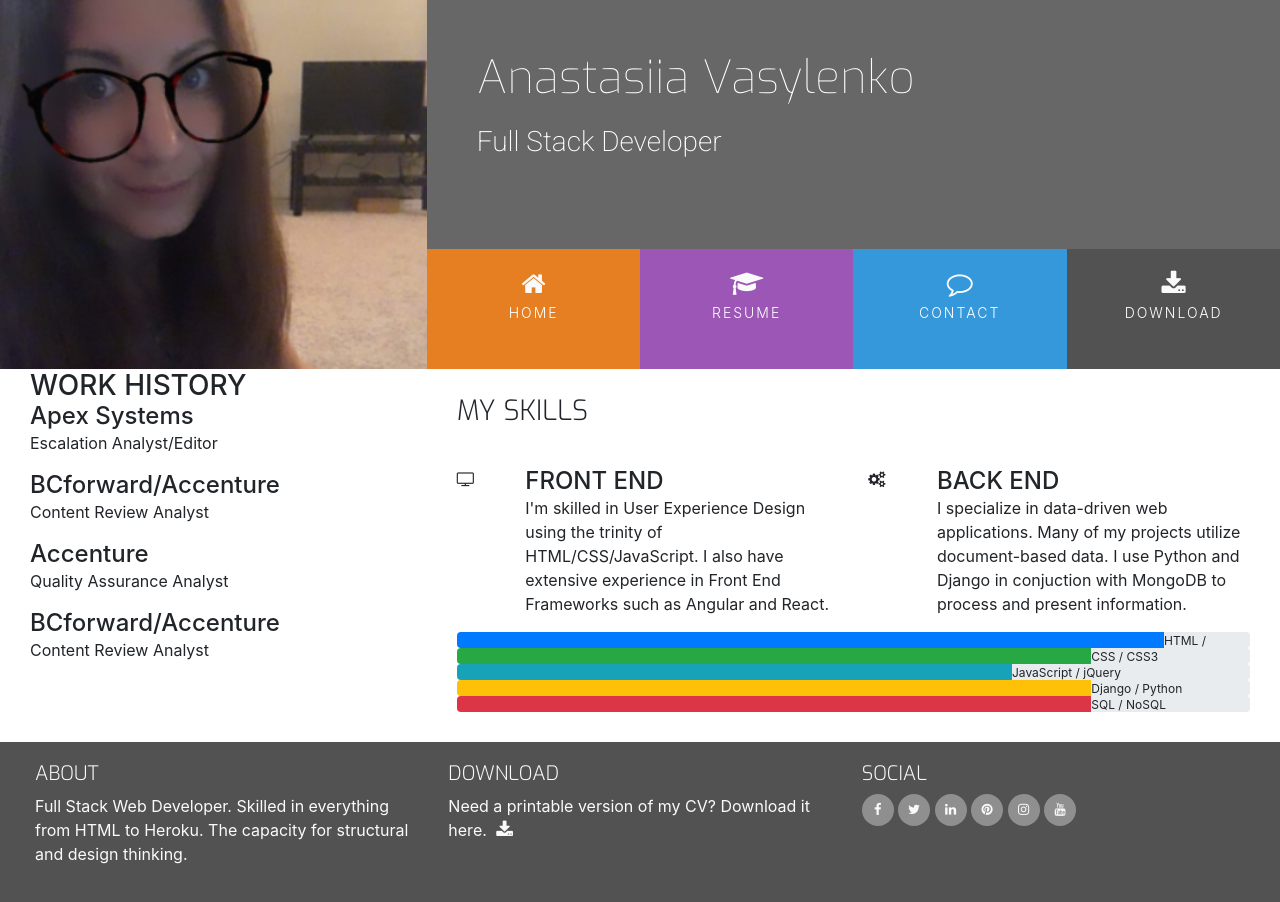
Repository: aavasylenko/myresume
Page: resume.html
The author's editor kept a record of every edit. The page is drawn from the files as they stood at one moment, then again after the next edit.
The browser window is 1280 px wide. The pictures show the whole page.

Above is the page before.

### resume.html
<!DOCTYPE html>
<html lang="en">

<head>
    <meta charset="UTF-8">
    <meta name="viewport" content="width=device-width, initial-scale=1.0">
    <meta http-equiv="X-UA-Compatible" content="ie=edge">
    <link rel="stylesheet" href="https://stackpath.bootstrapcdn.com/bootstrap/4.3.1/css/bootstrap.min.css" type="text/css" />
    <link rel="stylesheet" href="https://stackpath.bootstrapcdn.com/font-awesome/4.7.0/css/font-awesome.min.css" type="text/css" />
    <link rel="stylesheet" href="https://cdnjs.cloudflare.com/ajax/libs/hover.css/2.3.1/css/hover-min.css" type="text/css" />
    <link rel="stylesheet" href="assets/css/style.css" type="text/css" />
    <title>Rosie</title>
</head>

<body>
    <header>
        <div class='row no-gutters'>
            <a href="index.html" class="col-md-4 logo">

            </a>
            <div class='col-md-8'>
                <div class='row no-gutters bg-color-name-title'>
                    <div class='col heading'>
                        <h1 class='name'>Anastasiia Vasylenko</h1>
                        <h2 class='title'>Full Stack Developer</h2>
                    </div>
                </div>
                <div class="row no-gutters">
                    <div class="col">
                        <ul id="nav" class="list-inline menucontainer">
                            <li class="col-6 col-sm-3 ui-menu-color-home list-inline-item menuitem">
                                <a href="index.html" class="hvr-sweep-to-bottom"><i class="fa fa-home" aria-hdden="true"></i><span>Home</span></a>
                            </li>
                            <li class="col-6 col-sm-3 ui-menu-color-resume list-inline-item menuitem">
                                <a href="resume.html" class="hvr-sweep-to-bottom"><i class="fa fa-graduation-cap" aria-hdden="true"></i><span>Resume</span></a>
                            </li>
                            <li class="col-6 col-sm-3 ui-menu-color-contact list-inline-item menuitem">
                                <a href="contact.html" class="hvr-sweep-to-bottom"><i class="fa fa-comment-o" aria-hdden="true"></i><span>Contact</span></a>
                            </li>
                            <li class="col-6 col-sm-3 ui-menu-color-download list-inline-item menuitem">
                                <a href="#" class="hvr-sweep-to-bottom"><i class="fa fa-download" aria-hdden="true"></i><span>Download</span></a>
                            </li>
                        </ul>
                    </div>
                </div>
            </div>
        </div>
    </header>
    <section class="container-fluid">
        <div class="row">
            <div class="col-md-4 bg-color-work-history section-column">
                <div class="row">
                    <div class="col-12">
                        <h3 class="history-heading uppercase">Work History</h3>
                    </div>
                </div>
                <div class="timeline-item" data-dates="10/2016 - 10/2017">
                    <h4>Apex Systems</h4>
                    <p>Escalation Analyst/Editor</p>
                </div>
                <div class="timeline-item" data-dates="10/2017 - 06/2018">
                    <h4>BCforward/Accenture</h4>
                    <p>Content Review Analyst</p>
                </div>
                <div class="timeline-item" data-dates="06/2018 - 02/2019">
                    <h4>Accenture</h4>
                    <p>Quality Assurance Analyst</p>
                </div>
                <div class="timeline-item" data-dates="10/2017 - 06/2018">
                    <h4>BCforward/Accenture</h4>
                    <p>Content Review Analyst</p>
                </div>
            </div>
            <div class="col-md-8 bg-color-three-reasons section-column">
                <div class="row">
                    <div class="col">
                        <h3 class="section-heading uppercase">My skills</h3>
                    </div>
                </div>
                <div class="row">
                    <div class="col-10 offset-1 offset-sm-0 col-sm-4 col-md-6">
                        <div class="row">
                            <div class="col-2">
                                <i class="three-reasons-icon fa fa-tv" aria-hidden="true"></i>
                            </div>
                            <div class="col-10">
                                <h4 class="three-reasons-heading uppercase">Front End</h4>
                                <p>
                                    I'm skilled in User Experience Design using the trinity of HTML/CSS/JavaScript. I also have extensive experience in Front End Frameworks such as Angular and React.
                                </p>
                            </div>
                        </div>
                    </div>
                    <div class="col-10 offset-1 offset-sm-0 col-sm-4 col-md-6">
                        <div class="row">
                            <div class="col-2">
                                <i class="three-reasons-icon fa fa-gears" aria-hidden="true"></i>
                            </div>
                            <div class="col-10">
                                <h4 class="three-reasons-heading uppercase">Back End</h4>
                                <p>
                                    I specialize in data-driven web applications. Many of my projects utilize document-based data. I use Python and Django in conjuction with MongoDB to process and present information.
                                </p>
                            </div>
                        </div>
                    </div>
                </div>
                <div class="row progress-section">
                    <div class="col">
                        <div class="progress">
                            <div class="progress-bar" role="progressbar" aria-valuenow="90" aria-valuemin="0" aria-valuemax="100" style="width:90%;">
                                <span class="sr-only">90% complete</span>
                            </div>
                            <span class="progress-type">HTML / HTML5</span>
                        </div>
                        <div class="progress">
                            <div class="progress-bar bg-success" role="progressbar" aria-valuenow="80" aria-valuemin="0" aria-valuemax="100" style="width:80%;">
                                <span class="sr-only">80% complete</span>
                            </div>
                            <span class="progress-type">CSS / CSS3</span>
                        </div>
                        <div class="progress">
                            <div class="progress-bar bg-info" role="progressbar" aria-valuenow="70" aria-valuemin="0" aria-valuemax="100" style="width:70%;">
                                <span class="sr-only">70% complete</span>
                            </div>
                            <span class="progress-type">JavaScript / jQuery</span>
                        </div>
                        <div class="progress">
                            <div class="progress-bar bg-warning" role="progressbar" aria-valuenow="80" aria-valuemin="0" aria-valuemax="100" style="width:80%;">
                                <span class="sr-only">80% complete</span>
                            </div>
                            <span class="progress-type">Django / Python</span>
                        </div>
                        <div class="progress">
                            <div class="progress-bar bg-danger" role="progressbar" aria-valuenow="80" aria-valuemin="0" aria-valuemax="100" style="width:80%;">
                                <span class="sr-only">80% complete</span>
                            </div>
                            <span class="progress-type">SQL / NoSQL</span>
                        </div>
                    </div>
                </div>
            </div>
        </div>

    </section>
    <footer class="container-fluid">
        <div id="footer-details" class="row">
            <div class="col-sm-4">
                <h5 class="uppercase general-sub">About</h5>
                <p class='inline-block'>
                    Full Stack Web Developer. Skilled in everything from HTML to Heroku. The capacity for structural and design thinking.
                </p>
            </div>
            <div class="col-sm-4">
                <h5 class="uppercase general-sub">Download</h5>
                <p class='inline-block'>
                    Need a printable version of my CV? Download it here.
                    <a href='#' target="_blank" class="cv-pdf">
                        <i class="fa fa-download" aria-hidden='true'></i>
                        <span class='sr-only'>Download link.</span>
                    </a>
                </p>
            </div>
            <div class="col-sm-4">
                <h5 class="uppercase general-sub">Social</h5>
                <ul class='list-inline social-links'>
                    <li class='list-inline-item'>
                        <a target='_blank' href="#">
                            <i class="fa fa-facebook" aria-hidden='true'></i>
                            <span class='sr-only'>Facebook</span>
                        </a>
                    </li>
                    <li class='list-inline-item'>
                        <a target='_blank' href="#">
                            <i class="fa fa-twitter" aria-hidden='true'></i>
                            <span class='sr-only'>Twitter</span>
                        </a>
                    </li>
                    <li class='list-inline-item'>
                        <a target='_blank' href="#">
                            <i class="fa fa-linkedin" aria-hidden='true'></i>
                            <span class='sr-only'>LinkedIn</span>
                        </a>
                    </li>
                    <li class='list-inline-item'>
                        <a target='_blank' href="#">
                            <i class="fa fa-pinterest" aria-hidden='true'></i>
                            <span class='sr-only'>Pinterest</span>
                        </a>
                    </li>
                    <li class='list-inline-item'>
                        <a target='_blank' href="#">
                            <i class="fa fa-instagram" aria-hidden='true'></i>
                            <span class='sr-only'>Instagram</span>
                        </a>
                    </li>
                    <li class='list-inline-item'>
                        <a target='_blank' href="#">
                            <i class="fa fa-youtube" aria-hidden='true'></i>
                            <span class='sr-only'>YouTube</span>
                        </a>
                    </li>
                </ul>
            </div>
        </div>

    </footer>
</body>

</html>

### assets/css/style.css
@import url('https://fonts.googleapis.com/css?family=Roboto:100,200,300,400,500,600,700|Exo:100,200,300,400,500,600,700');

/*----------------------------Colors */

.bg-color-name-title {
    background-color: #676767;
}

.bg-color-three-reasons {
    background-color: #fff;

}

.ui-menu-color-home {
    background-color: #e67e22;
}

.ui-menu-color-resume {
    background-color: #9b56b6;
}

.ui-menu-color-contact {
    background-color: #3498db;
}

.ui-menu-color-download {
    background-color: #525252;
}

/*----------------------------Special paddings/margins/text */

h1,
h2,
h3,
h4 {
    margin: 0;
}

.uppercase {
    text-transform: uppercase;
}

.general-sub {
    font-family: "Exo", sans-serif;
    font-weight: 300;
    color: #fafafa;
}

.inline-block {
    display: inline-block;
}

.row-table {
    display: table;
}

.section-column {
    display: table-cell;
    padding: 0 30px 30px;
    float: none;
}

.section-heading {
    font-family: "Exo", sans-serif;
    font-weight: 300;
    margin-top: 25px;
    margin-bottom: 40px;
}

/*----------------------------Heading */

header {
    margin: 0;
}

.heading {
    margin-left: 50px;
}

.logo {
    background: url("../images/avatar.jpg");
    background-position: center;
    background-repeat: no-repeat;
    background-size: cover;
    min-height: 360px;
    transition: all .5s ease-in-out;
    -moz-transition: all .5s ease-in-out;
    -webkit-transition: all .5s ease-in-out;
}

.name {
    font-family: "Exo", sans-serif;
    font-weight: 100;
    font-size: 46px;
    margin-top: 50px;
    color: #fff;
}

.title {
    font-family: "Roboto", sans-serif;
    font-weight: 200;
    font-size: 28px;
    margin-top: 20px;
    margin-bottom: 90px;
    color: #fff;
}

.list-inline-item:not(:last-child) {
    margin: 0;
}

.menucontainer {
    font-size: 0;
}

#nav {
    margin: 0;
}

#nav li {
    font-size: 14px;
    padding: 0;
}

.menuitem {
    height: 120px;
    text-align: center;
    padding: 0;
}

.menuitem a {
    width: 100%;
    text-decoration: none;
    color: #fff;
    height: 120px;
}

.menuitem a i {
    padding-top: 22px;
    display: block;
    color: #fafafa;
    font-size: 26px;
}

.menuitem span {
    display: block;
    width: 100%;
    padding-top: 5px;
    text-align: center;
    text-transform: uppercase;
    font-size: 14px;
    font-weight: 300;
    letter-spacing: 2px;
}

/*----------------------------Hover.css */

.hvr-sweep-to-bottom:before {
    background-color: rgba(0, 0, 0, 0.2);
    height: 120px;
}

/*----------------------------Footer */

footer {
    background-color: #525252;
    color: #fafafa;
    min-height: 120px;
    margin: 0;
}

.cv-pdf i {
    font-size: 18px;
    color: #fafafa;
    text-align: center;
    padding-left: 5px;
    transition: all 0.35s ease-in-out;
    -moz-transition: all 0.35s ease-in-out;
    -webkit-transition: all 0.35s ease-in-out;
    -o-transition: all 0.35s ease-in-out;
}

.cv-pdf i:hover {
    color: #e84610;
}

.social-links {
    padding-bottom: 15px;
}

.social-links li a i {
    width: 32px;
    height: 32px;
    padding: 12px 0;
    border-radius: 50%;
    font-size: 13px;
    line-height: 7px;
    text-align: center;
    color: #fafafa;
    background: #8f8f8f;
    transition: all 0.35s ease-in-out;
    -moz-transition: all 0.35s ease-in-out;
    -webkit-transition: all 0.35s ease-in-out;
    -o-transition: all 0.35s ease-in-out;
}

.social-links li a i:hover {
    background: #e84610;
}

#footer-details {
    padding: 20px;
}

After the next edit:
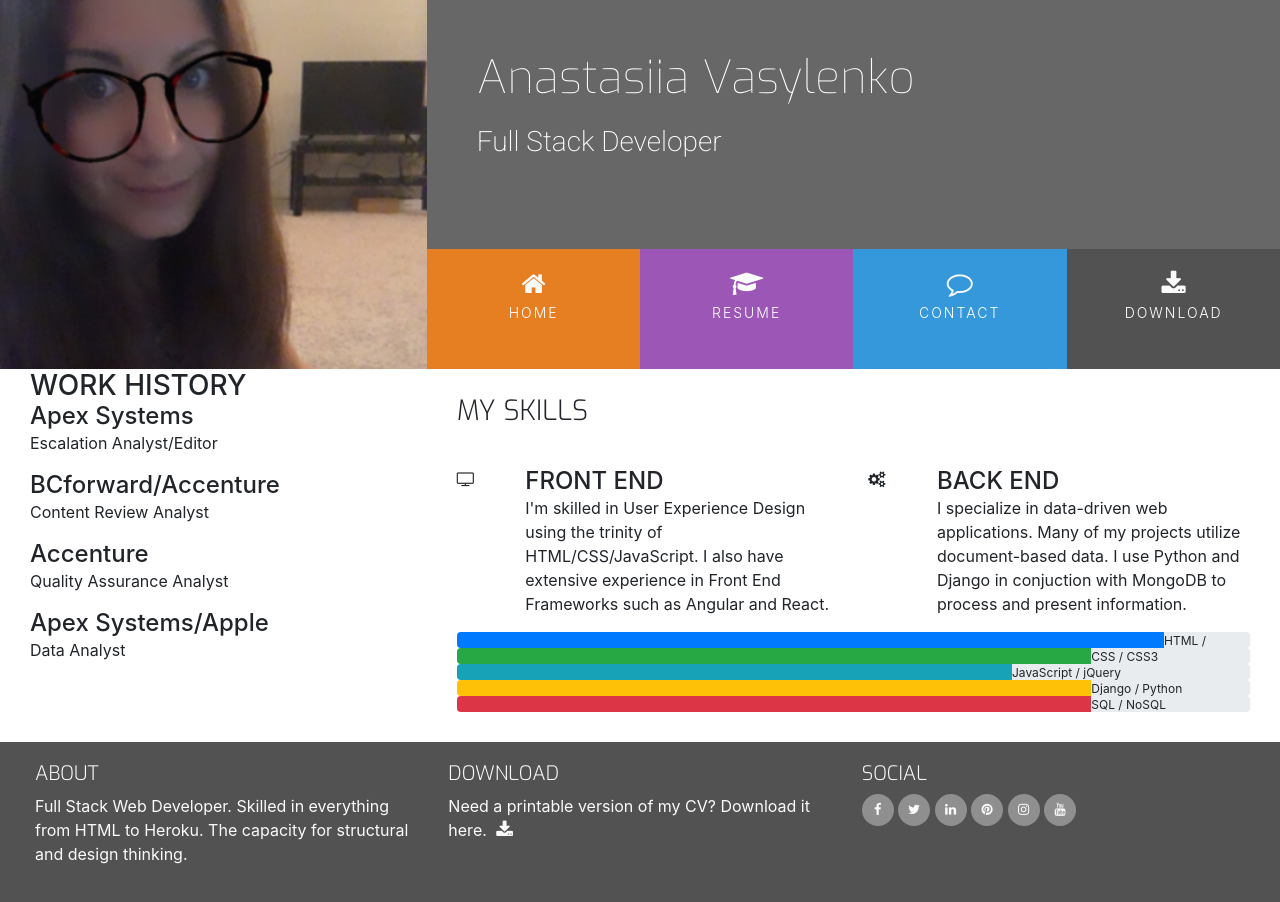
The edit:
--- a/resume.html
+++ b/resume.html
@@ -66,9 +66,9 @@
                     <h4>Accenture</h4>
                     <p>Quality Assurance Analyst</p>
                 </div>
-                <div class="timeline-item" data-dates="10/2017 - 06/2018">
-                    <h4>BCforward/Accenture</h4>
-                    <p>Content Review Analyst</p>
+                <div class="timeline-item" data-dates="03/2019 - present">
+                    <h4>Apex Systems/Apple</h4>
+                    <p>Data Analyst</p>
                 </div>
             </div>
             <div class="col-md-8 bg-color-three-reasons section-column">
